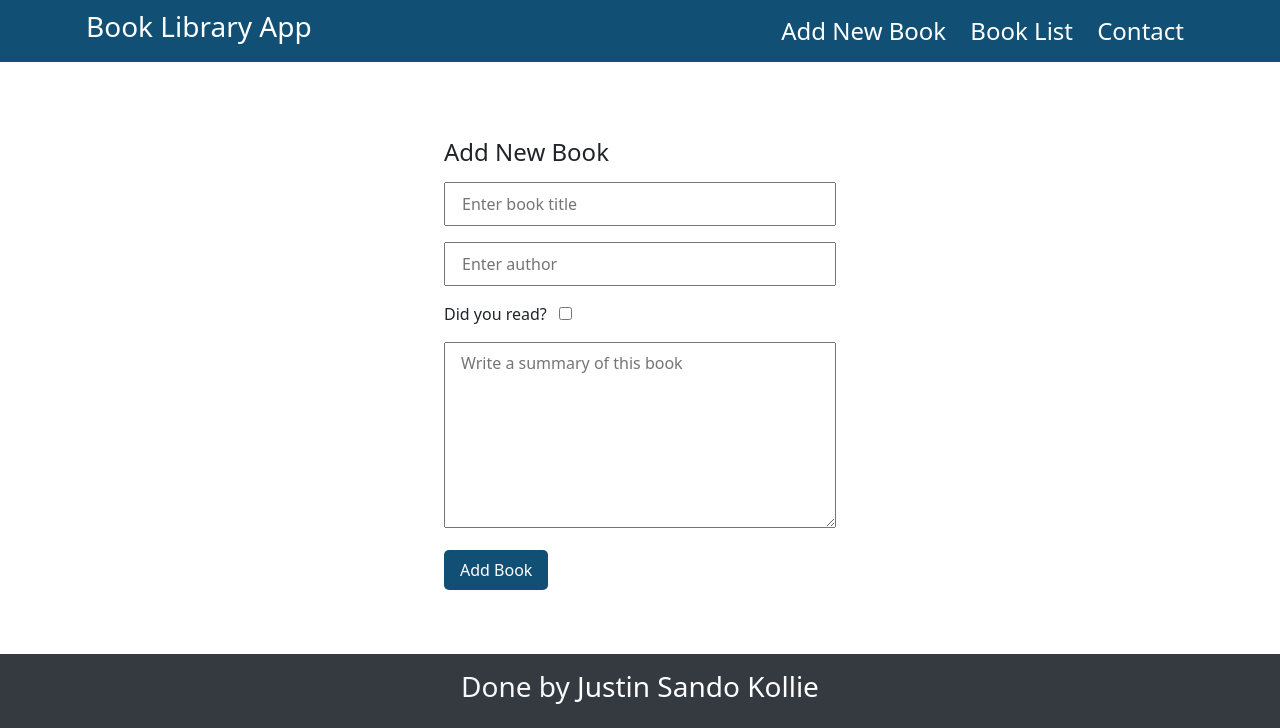
Repository: just-mann/booklibrary-app
Page: http://localhost/
These files come from the project's save history. The page is drawn as it stood at one moment and after the next save; the edit follows.
The browser window is 1280 px wide. The pictures show the whole page.
The page is served by the project's Node server (app.js).

Above is the page before, as saved 2021-06-06 05:03:29.

### views/index.ejs
<!DOCTYPE html>
<html lang="en">
<%- include('./partials/Header') %>
<body>
    <%- include('./partials/Navbar') %>
      <div class="container py-2 home">
        <div class=" p-5 p-xs-1 p-sm-1 p-md-1 py-2 px-0 mt-5 homeDiv">
          <form action="/books" method="POST" class="px-0 py-3">
            <h4>Add New Book</h4>
              <div class="my-3">
                <input class="px-3 py-2 title w-100" type="text" name="title" id="title" placeholder="Enter book title" required>
              </div>
              <div class="my-3">
                <input class="px-3 py-2 author w-100" type="text" name="author" id="author" placeholder="Enter author" required>
              </div>
              <div class="my-3">
                <label for="isRead" class="mr-2">Did you read?</label>
                <input class="px-3 py-2 isRead" type="checkbox" name="isRead" id="isRead">
              </div>
              <div class="my-3">
                <textarea class="px-3 py-2 isRead w-100" name="summary" id="summary" cols="30" rows="7" placeholder="Write a summary of this book" required></textarea>
              </div>
              <div class="my-3">
                <input class="px-3 py-2 submitBtn" type="submit" value="Add Book">
              </div>
          </form>
        </div>
      </div>
    <%- include('./partials/Footer') %>
</body>
</html>

### views/partials/Header.ejs
<head>
    <meta charset="UTF-8">
    <meta name="viewport" content="width=device-width, initial-scale=1.0">
    <title><%= title %></title>
    <link rel="stylesheet" href="https://stackpath.bootstrapcdn.com/bootstrap/5.0.0-alpha1/css/bootstrap.min.css" integrity="sha384-r4NyP46KrjDleawBgD5tp8Y7UzmLA05oM1iAEQ17CSuDqnUK2+k9luXQOfXJCJ4I" crossorigin="anonymous">
    <script src="https://cdn.jsdelivr.net/npm/popper.js@1.16.0/dist/umd/popper.min.js" integrity="sha384-Q6E9RHvbIyZFJoft+2mJbHaEWldlvI9IOYy5n3zV9zzTtmI3UksdQRVvoxMfooAo" crossorigin="anonymous"></script>
    <link rel="stylesheet" href="https://unpkg.com/aos@next/dist/aos.css" />
    <link rel="stylesheet" href="https://unpkg.com/aos@next/dist/aos.css" />
    <script src="https://stackpath.bootstrapcdn.com/bootstrap/5.0.0-alpha1/js/bootstrap.min.js" integrity="sha384-oesi62hOLfzrys4LxRF63OJCXdXDipiYWBnvTl9Y9/TRlw5xlKIEHpNyvvDShgf/" crossorigin="anonymous"></script>
    <link rel="stylesheet" href="/style.css">
  </head>

### views/partials/Navbar.ejs
<nav class="container-fluid sticky-top">
    <div class="container">
        <a href="/" class="logo"><h3>Book Library App</h3></a>
        <div class="nav__links">
            <a href="/">Add New Book</a>
            <a href="/booklist">Book List</a>
            <a href="/contact">Contact</a>
        </div>
    </div>
</nav>

### views/partials/Footer.ejs
<footer class="bg-dark py-3 text-light text-center">
    <script src="https://ajax.googleapis.com/ajax/libs/jquery/3.5.1/jquery.min.js"></script>
    <script src="/script.js"></script>
    <div class="container">
        <h3>Done by <a href="https://www.github.com/just-mann">Justin Sando Kollie</a></h3>
    </div>
</footer>
<script src="https://unpkg.com/aos@next/dist/aos.js"></script>
<script>
  AOS.init();
</script>

### app.js
const express = require('express'); //import express package
const app = express(); //initialize the express app
const bodyParser = require('body-parser') //import body-parser to handle data from the form
const MongoClient = require('mongodb').MongoClient; //import the mongodbClient
const { ObjectId } = require('bson');
const dbName = 'myBookList';
const dbCollectionName = 'bookCollection';

const PORT = process.env.PORT || 5000;


// Configure the body-parser
app.use(bodyParser.urlencoded({ extended: true }));


// Make static files accessible
app.use(express.static('public'));


// Set View Engine
app.set('view engine', 'ejs');



// Connect to Database
const dbURI = 'mongodb+srv://bookUser:cUk4rECaXyAWsNz8@crud-tutorial.xd65d.mongodb.net/myBookList?retryWrites=true&w=majority';
MongoClient.connect(dbURI, { useUnifiedTopology: true })
    .then(client => {

        app.listen(PORT, () => {
            console.log(`App is now running on PORT ${PORT} and Database: ${dbName} is connected`)
        });

        const db = client.db(`${dbName}`);

        const myCollection = db.collection(`${dbCollectionName}`);

        app.post('/books', (req, res) => {
            myCollection.insertOne(req.body)
                .then(result => {
                    console.log('Item added to database...');
                })
                .catch(err => console.log(err));
            res.redirect('bookList');
        })

        app.get('/booklist', (req, res) => {
            myCollection.find().sort({_id: -1}).toArray()
                .then(result => {
                    res.render('bookList', { myList: result, title: "Book List" });
                })
                .catch(err => console.log(err));
        })


        app.get('/booklist/:id', (req, res) => {
            const id = req.params.id;
            myCollection.findOne({ _id: ObjectId(`${id}`)})
                .then(result => {
                    res.render('details', { singleBook: result, title: `Book Detail  -  ${result.title}` })
                })
                .catch(err => console.log(err));
        })


        app.delete('/booklist/:id', (req, res) => {
            const id = req.params.id;
            myCollection.deleteOne({_id: ObjectId(`${id}`)})
                .then(result => {
                    res.json({ redirect: '/booklist'})
                })
                .catch(err => console.log(err));
        })


        app.get('/', (req, res) => {
            res.render('index', { title: "Add New Book" });
        })


        app.get('/contact', (req, res) => {
            res.render('contact', { title: "Contact Me" });
        })

        app.use((req, res) => {
            res.status(404).render('404', { title: '404, Page Not Found'});
        })

    })
    .catch(err => console.log(err));

### public/style.css
* {
    padding: 0;
    margin: 0;
    box-sizing: border-box;
}
body {
    min-height: 100vh;
}

a {
    text-decoration: none;
}

nav {
    background-color: #114f74;
    padding: 10px 0px;
}

nav .container {
    display: flex;
    justify-content: space-between;
    align-items: center;
}

nav .container .logo h3 {
    color: #ffffff;
    font-weight: 350;
}

nav .container .nav__links {
    color: #ffffff;
}

nav .container .nav__links a {
    color: #ffffff;
    font-size: 1.5rem;
    padding: 10px 0px;
    margin: 0px 10px;
    font-weight: 300;
}

.nav__links a:hover {
    color: red;
}

.listDiv {
    display: flex;
    grid-template-columns: repeat(3, 1fr);
}

.list {
    max-width: 350px;
    min-height: 150px;
    margin: 0px 15px;
    background-color: #e2e2e2;
    border-left: 15px solid #41a1b9;
    opacity: 0.9;
    transition: opacity 0.6s;
}

.list:hover {
    opacity: 1;
}


/* Home Page */
.home {
    height: 82.3vh;
}

.home .homeDiv, .contact .contactDiv {
    /* background: yellow; */
    max-width: 400px;
    margin: 0 auto;
}



/* Book List Page */
.bookList {
    min-height: 81.3vh;
}






/* details page */
.details {
    height: 81.5vh;
}



.bookSummary {
    max-width: 500px;
    background: yellow;
}



/* Contact Page */
.contact {
    height: 82.5vh;
}

.submitBtn {
    background-color: #114f74;
    color: white;
    border: none;
    font-weight: 500;
    border-radius: 5px;
    opacity: 1;
    transition: opacity 0.6s;
}

.submitBtn:hover {
    opacity: 0.8;
}





/* Footer */
footer .container h3 a {
    color: #ffffff;
}

Loaded but not shown: public/script.js (no stored copy; drawn as an empty file)

After the next save:
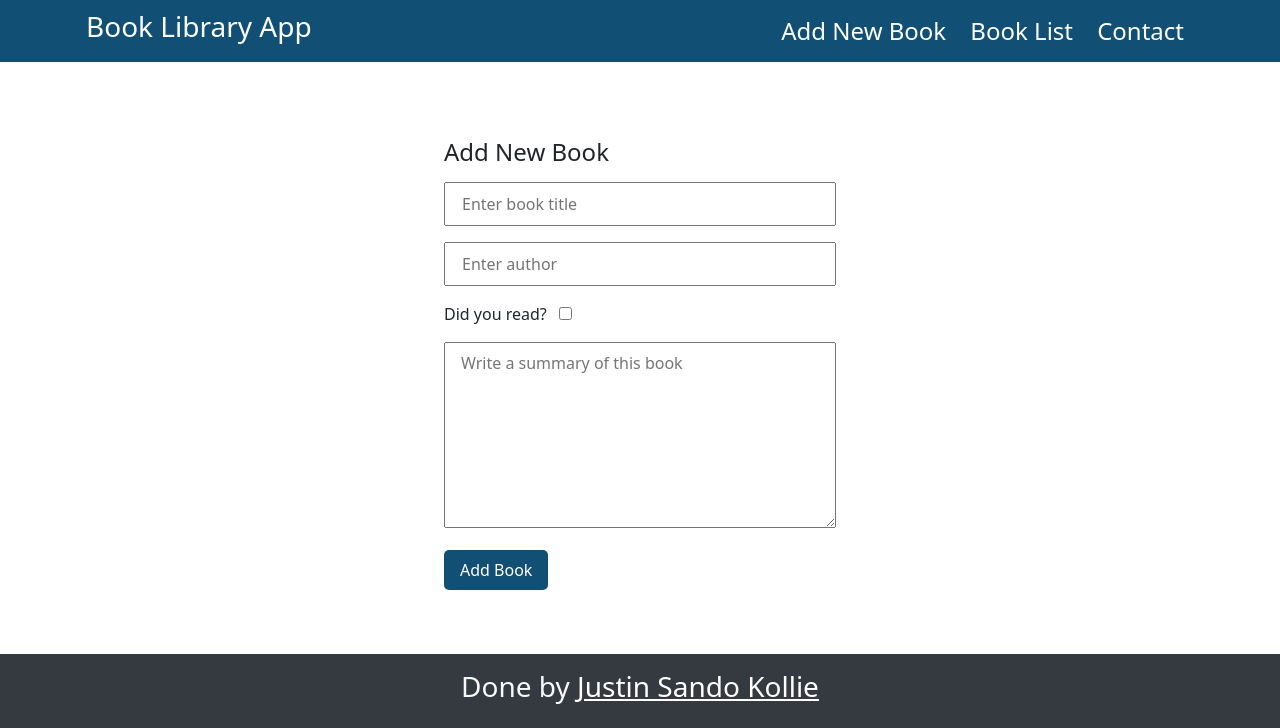
Saved 17 s later.
--- a/public/style.css
+++ b/public/style.css
@@ -126,4 +126,5 @@ nav .container .nav__links a {
 /* Footer */
 footer .container h3 a {
     color: #ffffff;
+    text-decoration: underline;
 }
